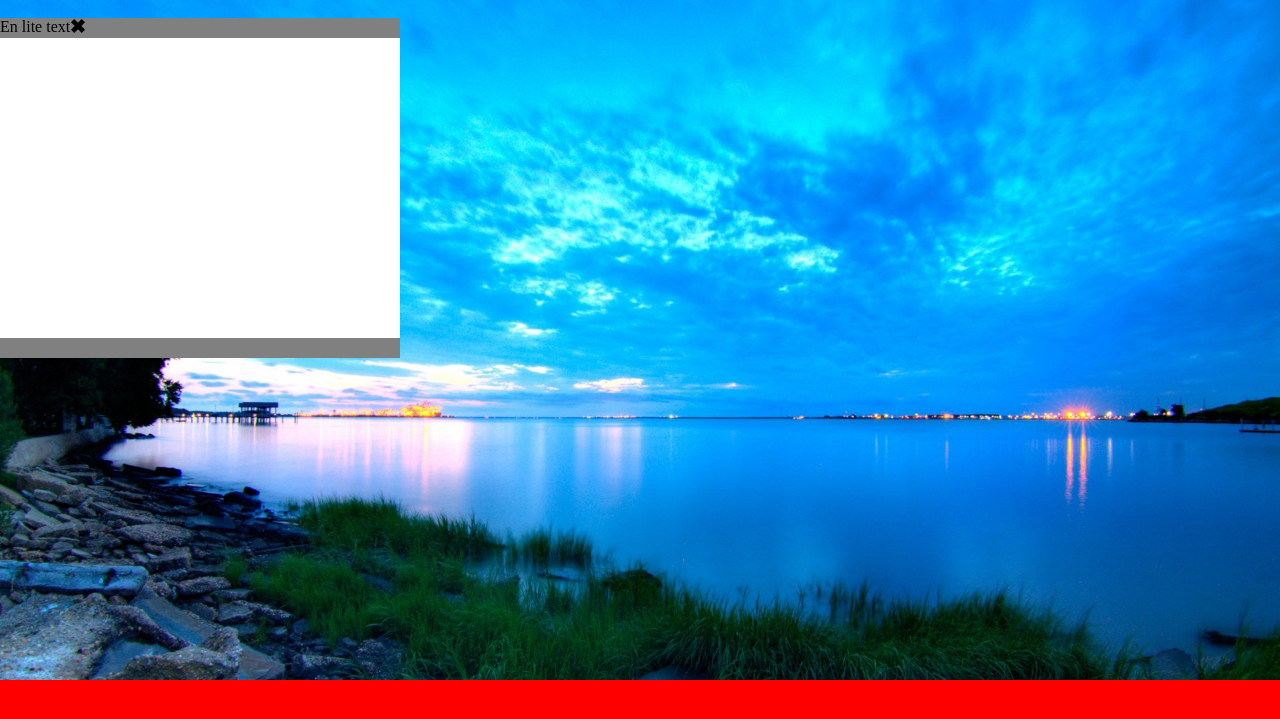
Repository: mc22dg/1dv403-laborationer
Page: Projekt/index.html
The author's editor kept a record of every edit. The page is drawn from the files as they stood at one moment, then again after the next edit.
The browser window is 1280 px wide. The pictures show the whole page.

Above is the page before.

After the next edit:
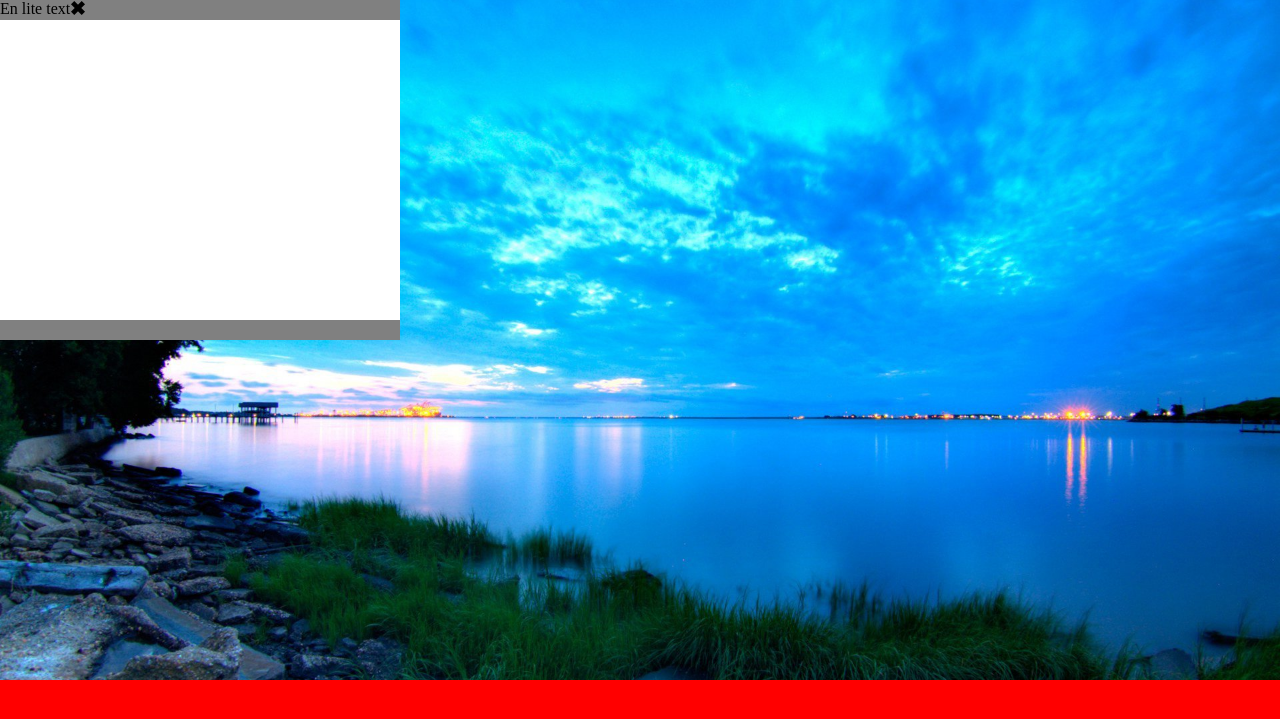
The edit:
--- a/Projekt/index.html
+++ b/Projekt/index.html
@@ -7,7 +7,7 @@
 </head>
     <body>
         <div id="desktop">
-            <img class="pic2" scr="pics/background.jpg"></img>
+
 
             <!-- <template id="template"> -->
                 <div class="window">
